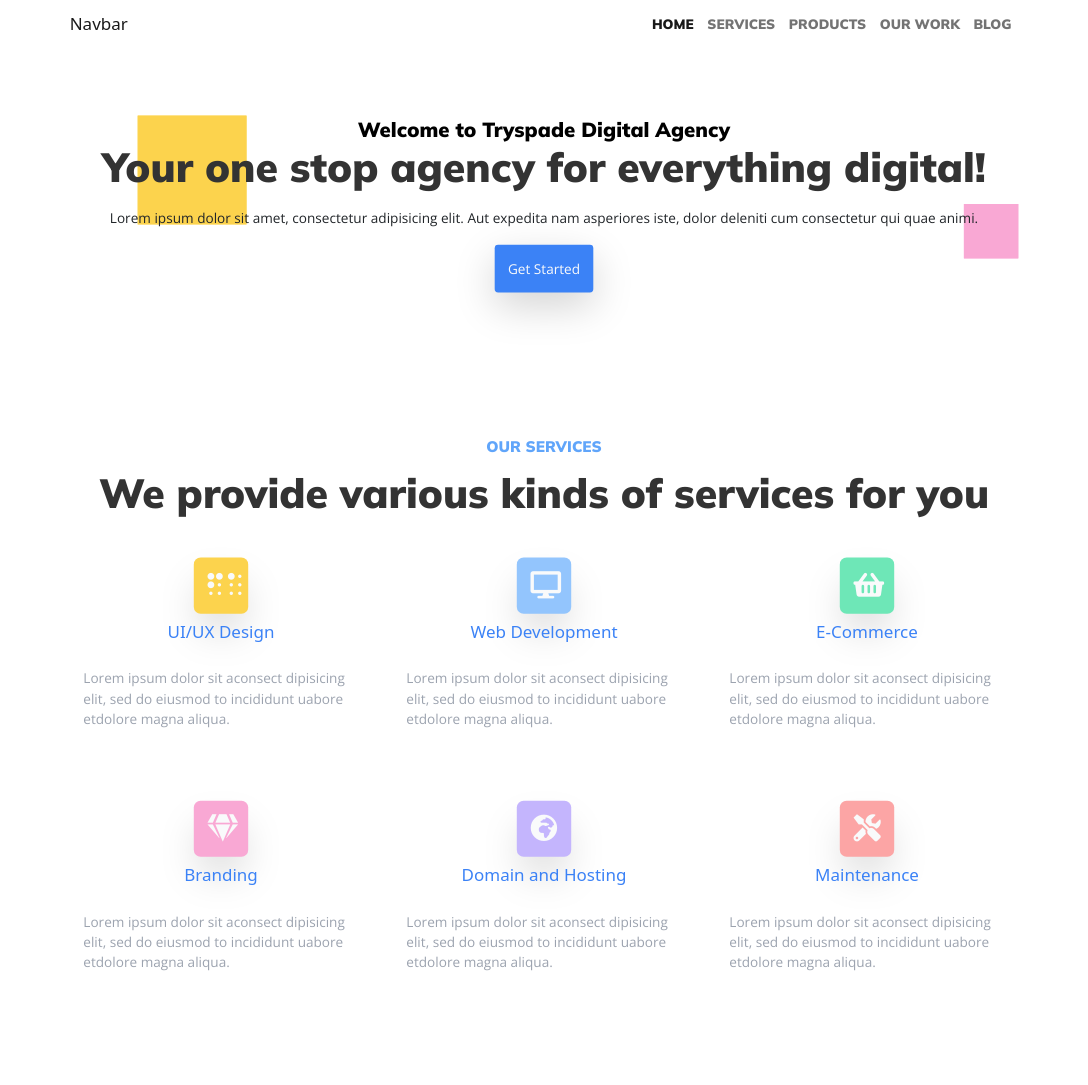
Repository: latenightsnacc/super-octo-fortnight
Page: index.html
These files come from the project's save history. The page is drawn as it stood at one moment and after the next save; the edit follows.
The browser window is 1280 px wide. The pictures show the whole page, at 85% of full size.
Some web libraries are served in a nearby version. The style sheet was rebuilt from its Sass, Less or Tailwind sources for each picture, by a compiler version that may differ from the author's.

Above is the page before, as saved 2021-01-29 13:39:10.

### index.html
<!DOCTYPE html>
<html lang="en">
<head>
    <meta charset="UTF-8">
    <meta name="viewport" content="width=device-width, initial-scale=1.0">
    <!--Tailwind 2.0.2-->
    <link href="https://cdnjs.cloudflare.com/ajax/libs/tailwindcss/2.0.2/tailwind.min.css" rel="stylesheet">
    <!--Font Awesome 5.15.1-->
    <link rel="stylesheet" href="https://cdnjs.cloudflare.com/ajax/libs/font-awesome/5.15.1/css/all.min.css" integrity="sha512-+4zCK9k+qNFUR5X+cKL9EIR+ZOhtIloNl9GIKS57V1MyNsYpYcUrUeQc9vNfzsWfV28IaLL3i96P9sdNyeRssA==" crossorigin="anonymous" />
    <!-- Bootstrap 5.0.0 Beta-->
    <link href="https://cdn.jsdelivr.net/npm/bootstrap@5.0.0-beta1/dist/css/bootstrap.min.css" rel="stylesheet" integrity="sha384-giJF6kkoqNQ00vy+HMDP7azOuL0xtbfIcaT9wjKHr8RbDVddVHyTfAAsrekwKmP1" crossorigin="anonymous" />
    <!-- UIkit CSS -->
    <link rel="stylesheet" href="https://cdn.jsdelivr.net/npm/uikit@3.6.9/dist/css/uikit.min.css" />
    <link rel="apple-touch-icon" sizes="180x180" href="/apple-touch-icon.png">
    <link rel="icon" type="image/png" sizes="32x32" href="/favicon-32x32.png">
    <link rel="icon" type="image/png" sizes="16x16" href="/favicon-16x16.png">
    <link rel="manifest" href="/site.webmanifest">
    <!--Custom Stylesheet-->
    <link rel="stylesheet" href="stylesheet/stylesheet.css">
    <title>TrySpade - Digital Agency</title>
</head>
<body class="overflow-x-hidden min-h-screen" >
    <main class="w-full mx-auto">
        <header>
            <nav class="navbar navbar-expand-lg navbar-light bg-transparent fixed-top">
                <div class="container">
                  <a class="navbar-brand" href="#">Navbar</a>
                  <button class="navbar-toggler" type="button" data-bs-toggle="collapse" data-bs-target="#navbarSupportedContent" aria-controls="navbarSupportedContent" aria-expanded="false" aria-label="Toggle navigation">
                    <span class="navbar-toggler-icon"></span>
                  </button>
                  <div class="collapse navbar-collapse" id="navbarSupportedContent">
                    <ul class="navbar-nav ml-auto mb-2 mb-lg-0">
                        <li class="nav-item">
                            <a class="nav-link active text-base uppercase" aria-current="page" href="#">Home</a>
                        </li>
                        <li class="nav-item">
                            <a class="nav-link text-base uppercase" href="#">services</a>
                        </li>
                        <li class="nav-item">
                            <a class="nav-link text-base uppercase" href="#">products</a>
                        </li>
                        <li class="nav-item">
                            <a class="nav-link text-base uppercase" href="#">our work</a>
                        </li>
                        <li class="nav-item">
                            <a class="nav-link text-base uppercase" href="#">blog</a>
                        </li>

                    </ul>
                  </div>
                </div>
            </nav>
        </header>
        <!--Banner-->
        <section id="banner" class="w-full h-80 mt-24 py-10">
            <div class="container">
                <div class="relative flex flex-col items-center h-auto">
                    <div class="z-10 text-black text-2xl text-center title">Welcome to Tryspade Digital Agency</div>
                    <h1 class="z-10 text-center my-1 font-bold text-4xl md:text-5xl">Your one stop agency for everything digital!</h1>
                    <p class="z-10 text-center">Lorem ipsum dolor sit amet, consectetur adipisicing elit. Aut expedita nam asperiores iste, dolor deleniti cum consectetur qui quae animi.</p>
                    <!--BOXES-->
                    <div class=" absolute top-0 left-20">
                        <div class="z-0 border-2 border-yellow-300 bg-yellow-300 w-32 h-32"></div>
                    </div>

                    <div class="absolute top-50 right-0">
                        <div class="z-0 border-2 border-pink-300 bg-pink-300 w-16 h-16"></div>
                    </div>
                    <div class="flex justify-center">
                        <button class="bg-blue-500 p-3 font-lg text-gray-50 shadow-lg rounded focus:outline-none hover:bg-blue-700">Get Started</button>
                    </div>
                </div>
            </div>
        </section>
        <!--SERVICES-->
        <section id="services" class="my-20">
            <div class="container">
                <div class="section-title text-center py-3">
                    <p class="text-blue-400 text-sm uppercase text-lg uppercase mb-3 title">our services</p>
                    <h2 class=" my-1 font-bold text-4xl md:text-5xl">We provide various kinds of services for you</h2>
                </div>
                <div class="row flex justify-center" uk-scrollspy="cls: uk-animation-fade; target: .icon; delay: 500; repeat: true">
                    <div class="col-xs-12 col-sm-12 col-md-4 col-lg-4 col-xl-4">
                        <a class="no-underline hover:no-underline" href="ui-ux.html">
                            <div class="group max-w-sm mx-auto  rounded-xl p-3 m-3  hover:shadow-2xl" >
                                <div class="text-center text-gray-50 flex justify-center">
                                    <div class="shadow-2xl  rounded-lg  w-16 icon p-3 bg-yellow-300 group-hover:shadow-none" uk-scrollspy="cls: uk-animation-fade; repeat: true">
                                        <i class="fas fa-braille fa-2x"></i>
                                    </div>
                                </div>
                                <div class="text-center text-xl bold  py-2 text-blue-500 ">UI/UX Design</div>

                                <p class="text-md text-gray-400 ">Lorem ipsum dolor sit aconsect dipisicing elit, sed do eiusmod to incididunt uabore etdolore magna aliqua.</p>
                            </div>
                        </a>
                    </div>
                    <div class="col-xs-12 col-sm-12 col-md-4 col-lg-4 col-xl-4">
                        <a class="no-underline hover:no-underline" href="web-development.html">
                            <div class="group max-w-sm mx-auto  rounded-xl p-3 m-3  hover:shadow-2xl">
                                <div class="text-center text-gray-50 flex justify-center">
                                    <div class="shadow-2xl rounded-lg  w-16 icon p-3 bg-blue-300 group-hover:shadow-none">
                                        <i class="fas fa-desktop fa-2x"></i>
                                    </div>
                                </div>
                                <div class="text-center text-xl bold  py-2 text-blue-500 ">Web Development</div>

                                <p class="text-md text-gray-400 ">Lorem ipsum dolor sit aconsect dipisicing elit, sed do eiusmod to incididunt uabore etdolore magna aliqua.</p>
                            </div>
                        </a>
                    </div>
                    <div class="col-xs-12 col-sm-12 col-md-4 col-lg-4 col-xl-4">
                        <a class="no-underline hover:no-underline" href="e-commerce.html">
                            <div class="group max-w-sm mx-auto  rounded-xl p-3 m-3  hover:shadow-2xl">
                                <div class="text-center text-gray-50 flex justify-center">
                                    <div class="shadow-2xl rounded-lg  w-16 icon p-3 bg-green-300 group-hover:shadow-none">
                                        <i class="fas fa-shopping-basket fa-2x"></i>
                                    </div>
                                </div>
                                <div class="text-center text-xl bold  py-2 text-blue-500 ">E-Commerce</div>

                                <p class="text-md text-gray-400 ">Lorem ipsum dolor sit aconsect dipisicing elit, sed do eiusmod to incididunt uabore etdolore magna aliqua.</p>
                            </div>
                        </a>
                    </div>
                    <div class="col-xs-12 col-sm-12 col-md-4 col-lg-4 col-xl-4">
                        <a class="no-underline hover:no-underline" href="branding.html">
                            <div class="group max-w-sm mx-auto  rounded-xl p-3 m-3  hover:shadow-2xl">
                                <div class="text-center text-gray-50 flex justify-center">
                                    <div class="shadow-2xl rounded-lg  w-16 icon p-3 bg-pink-300 group-hover:shadow-none">
                                        <i class="fas fa-gem fa-2x"></i>
                                    </div>
                                </div>
                                <div class="text-center text-xl bold  py-2 text-blue-500 ">Branding</div>

                                <p class="text-md text-gray-400 ">Lorem ipsum dolor sit aconsect dipisicing elit, sed do eiusmod to incididunt uabore etdolore magna aliqua.</p>
                            </div>
                        </a>
                    </div>
                    <div class="col-xs-12 col-sm-12 col-md-4 col-lg-4 col-xl-4">
                        <a class="no-underline hover:no-underline" href="domain-hosting.html">
                            <div class="group max-w-sm mx-auto  rounded-xl p-3 m-3  hover:shadow-2xl">
                                <div class="text-center text-gray-50 flex justify-center">
                                    <div class="shadow-2xl rounded-lg  w-16 icon p-3 bg-purple-300 group-hover:shadow-none">
                                        <i class="fas fa-globe-africa fa-2x"></i>
                                    </div>
                                </div>
                                <div class="text-center text-xl bold  py-2 text-blue-500 ">Domain and Hosting</div>

                                <p class="text-md text-gray-400 ">Lorem ipsum dolor sit aconsect dipisicing elit, sed do eiusmod to incididunt uabore etdolore magna aliqua.</p>
                            </div>
                        </a>
                    </div>
                    <div class="col-xs-12 col-sm-12 col-md-4 col-lg-4 col-xl-4">
                        <a class="no-underline hover:no-underline" href="maintenance.html">
                            <div class="group max-w-sm mx-auto  rounded-xl p-3 m-3  hover:shadow-2xl">
                                <div class="text-center text-gray-50 flex justify-center">
                                    <div class="shadow-2xl rounded-lg  w-16 icon p-3 bg-red-300 group-hover:shadow-none">
                                        <i class="fas fa-tools fa-2x"></i>
                                    </div>
                                </div>
                                <div class="text-center text-xl bold  py-2 text-blue-500 ">Maintenance</div>

                                <p class="text-md text-gray-400 ">Lorem ipsum dolor sit aconsect dipisicing elit, sed do eiusmod to incididunt uabore etdolore magna aliqua.</p>
                            </div>
                        </a>
                    </div>
                </div>
            </div>
        </section>
        <!-- <svg xmlns="http://www.w3.org/2000/svg" viewBox="0 0 1440 320"><path fill="#0099ff" fill-opacity="1" d="M0,320L48,282.7C96,245,192,171,288,122.7C384,75,480,53,576,69.3C672,85,768,139,864,170.7C960,203,1056,213,1152,208C1248,203,1344,181,1392,170.7L1440,160L1440,0L1392,0C1344,0,1248,0,1152,0C1056,0,960,0,864,0C768,0,672,0,576,0C480,0,384,0,288,0C192,0,96,0,48,0L0,0Z"></path></svg> -->
        <!-- <svg xmlns="http://www.w3.org/2000/svg" viewBox="0 0 1440 320"><path fill="#0099ff" fill-opacity="1" d="M0,64L48,96C96,128,192,192,288,213.3C384,235,480,213,576,170.7C672,128,768,64,864,42.7C960,21,1056,43,1152,64C1248,85,1344,107,1392,117.3L1440,128L1440,0L1392,0C1344,0,1248,0,1152,0C1056,0,960,0,864,0C768,0,672,0,576,0C480,0,384,0,288,0C192,0,96,0,48,0L0,0Z"></path></svg> -->
    </main>
    <!-- UIkit JS -->
    <script src="https://cdn.jsdelivr.net/npm/uikit@3.6.9/dist/js/uikit.min.js"></script>
    <script src="https://cdn.jsdelivr.net/npm/uikit@3.6.9/dist/js/uikit-icons.min.js"></script>
    <script src="https://cdn.jsdelivr.net/npm/bootstrap@5.0.0-beta1/dist/js/bootstrap.bundle.min.js" integrity="sha384-ygbV9kiqUc6oa4msXn9868pTtWMgiQaeYH7/t7LECLbyPA2x65Kgf80OJFdroafW" crossorigin="anonymous"></script>
    <!-- Start of HubSpot Embed Code -->
  <script type="text/javascript" id="hs-script-loader" async defer src="//js.hs-scripts.com/9284931.js"></script>
  <!-- End of HubSpot Embed Code -->
</body>
</html>

### Stylesheet/stylesheet.scss
@import 'variables';
@import 'bg';

h1, h2, h3, h4, h5, h6, .nav-link, button, .title {
    font-family: $fontBold;
}
p, button {
    font-family: $fontRegular;
}

### Stylesheet/_variables.scss
@import url('https://fonts.googleapis.com/css2?family=Mulish:wght@900&family=Open+Sans&display=swap');

$fontBold: 'Mulish', sans-serif;
$fontRegular:'Open Sans', sans-serif;
$white: white;

### Stylesheet/bg.scss
.background {
    background-color: white;
    position: relative;
    min-height: 100vh;
    min-width:100vw;
    overflow-x: hidden;

  .wrapper{
    z-index: 1;
  }


  .cube {
    position: absolute;
    top: 80vh;
    left: 45vw;
    width: 10px;
    height: 10px;
    border: solid 1px darken(lightgrey, 10%);
    transform-origin: top left;
    transform: scale(0) rotate(0deg) translate(-50%, -50%);
    animation: cube 12s ease-in forwards infinite;

    &:nth-child(2n) {
      border-color: lighten(lightgrey, 10%);
    }

    &:nth-child(2) {
      animation-delay: 2s;
      left: 25vw;
      top: 40vh;
    }

    &:nth-child(3) {
      animation-delay: 4s;
      left: 75vw;
      top: 50vh;
    }

    &:nth-child(4) {
      animation-delay: 6s;
      left: 90vw;
      top: 10vh;
    }

    &:nth-child(5) {
      animation-delay: 8s;
      left: 10vw;
      top: 85vh;
    }

    &:nth-child(6) {
      animation-delay: 10s;
      left: 50vw;
      top: 10vh;
    }


}

@keyframes cube {
        from {
        transform: scale(0) rotate(0deg) translate(-50%, -50%);
        opacity: 1;
        }
        to {
        transform: scale(20) rotate(960deg) translate(-50%, -50%);
        opacity: 0;
        }
    }
}

After the next save:
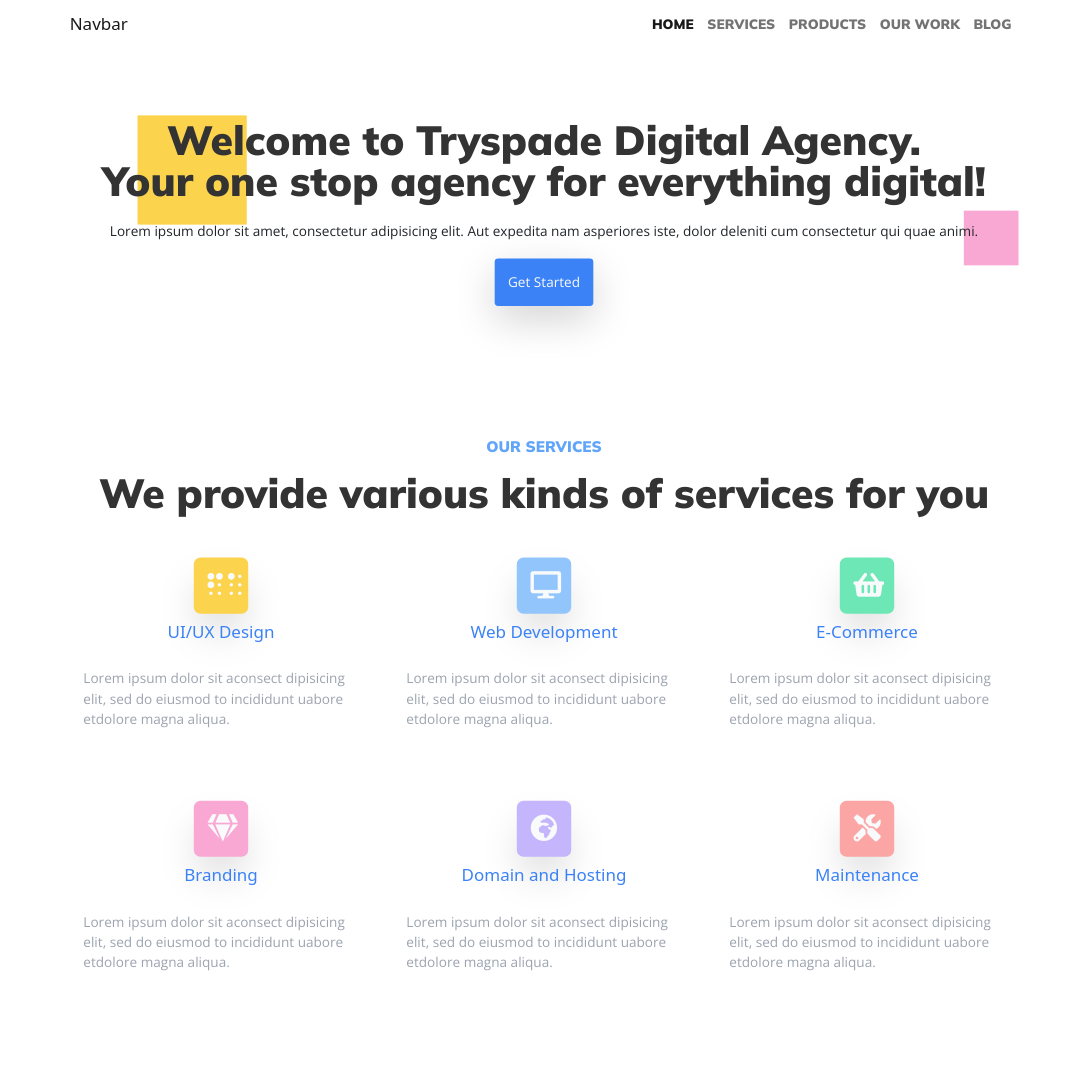
Saved 4 min 12 s later.
--- a/index.html
+++ b/index.html
@@ -55,8 +55,8 @@
         <section id="banner" class="w-full h-80 mt-24 py-10">
             <div class="container">
                 <div class="relative flex flex-col items-center h-auto">
-                    <div class="z-10 text-black text-2xl text-center title">Welcome to Tryspade Digital Agency</div>
-                    <h1 class="z-10 text-center my-1 font-bold text-4xl md:text-5xl">Your one stop agency for everything digital!</h1>
+                    <div class="z-10 text-black text-2xl text-center title"></div>
+                    <h1 class="z-10 text-center my-1 font-bold text-4xl md:text-5xl">Welcome to Tryspade Digital Agency. <br/>Your one stop agency for everything digital!</h1>
                     <p class="z-10 text-center">Lorem ipsum dolor sit amet, consectetur adipisicing elit. Aut expedita nam asperiores iste, dolor deleniti cum consectetur qui quae animi.</p>
                     <!--BOXES-->
                     <div class=" absolute top-0 left-20">
